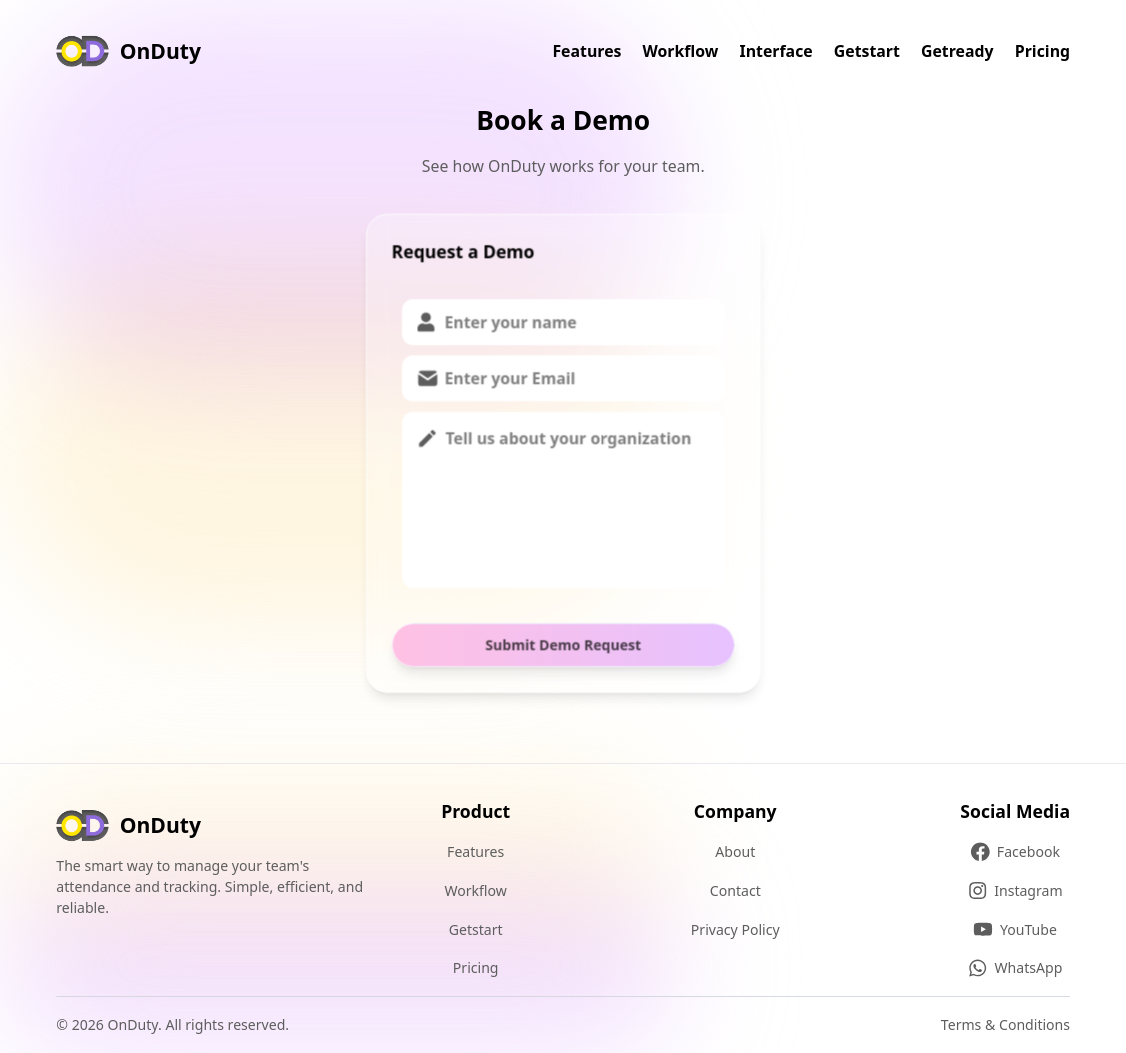
Repository: shekharzorin/ONDUTY-V1
Page: /bookdemo
The author's editor kept a copy of each file at every save. The page is drawn from the files as they stood at one save, then again after the next save.
The browser window is 1280 px wide. The pictures show the whole page, at 88% of full size.
The project was rebuilt for these pictures with package versions that can differ from the ones it lists, and the page was loaded fresh each time. The framework's server and built-in components were replaced by stand-ins that run in the browser. Also part of the build but not shown: next.config.mjs, vite.config.js, app/components/ui/Crossicon.tsx.

Above is the page before, as saved 2026-01-17 17:03:34.

After the next save:
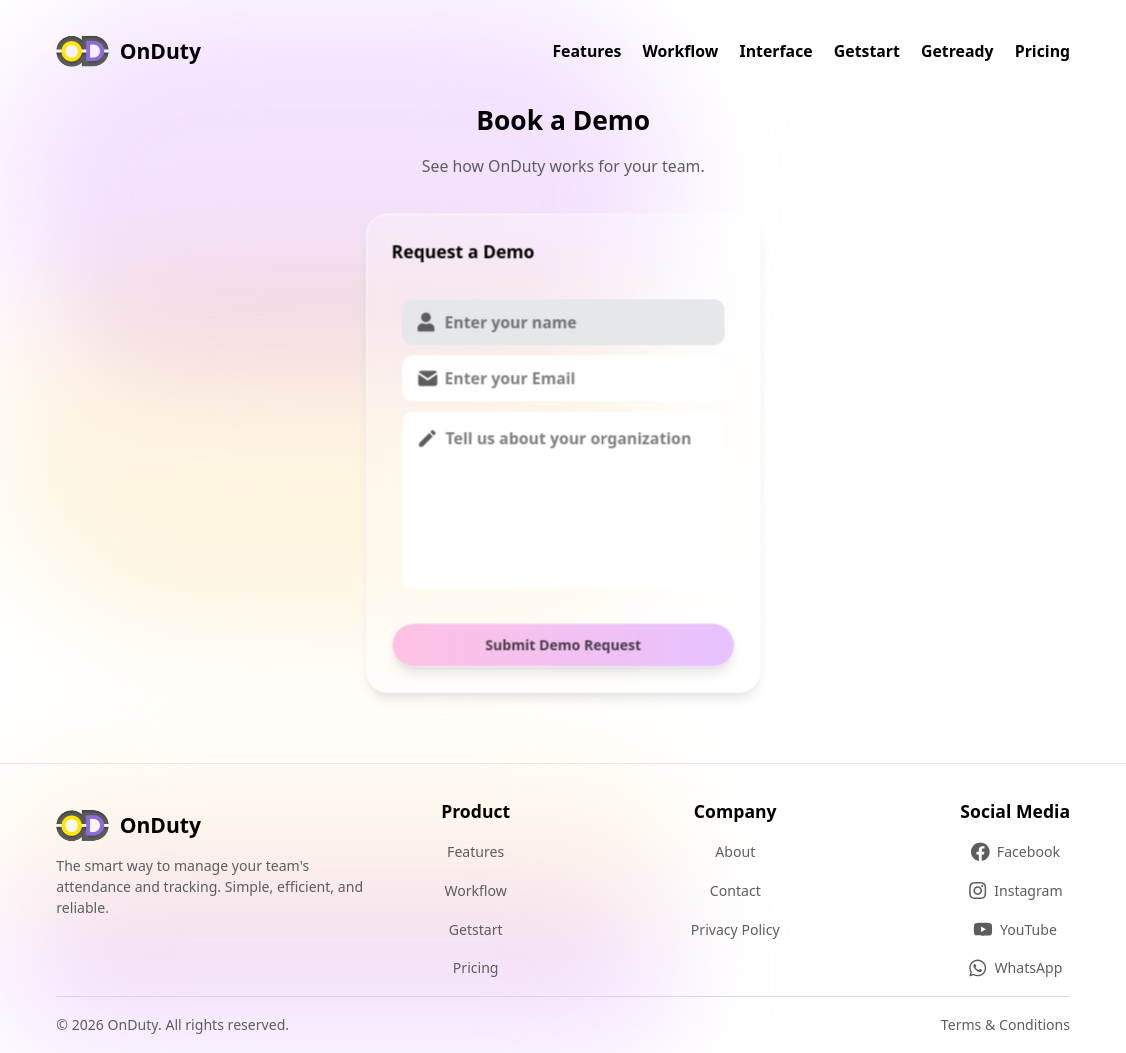
Saved 67 s later.
--- a/app/components/sections/bookdemo.tsx
+++ b/app/components/sections/bookdemo.tsx
@@ -54,7 +54,7 @@ const Bookdemo = () => {
             value={form.name}
             onChange={(v) => handleChange("name", v)}
             placeholder="Enter your name"
-            className="rounded-xl bg-white font-semibold md:text-lg text-black"
+            className="rounded-xl bg-gray-200 font-semibold md:text-lg text-black"
           />
           <Inputbox
             icon={<TbMailFilled size={26} />}
